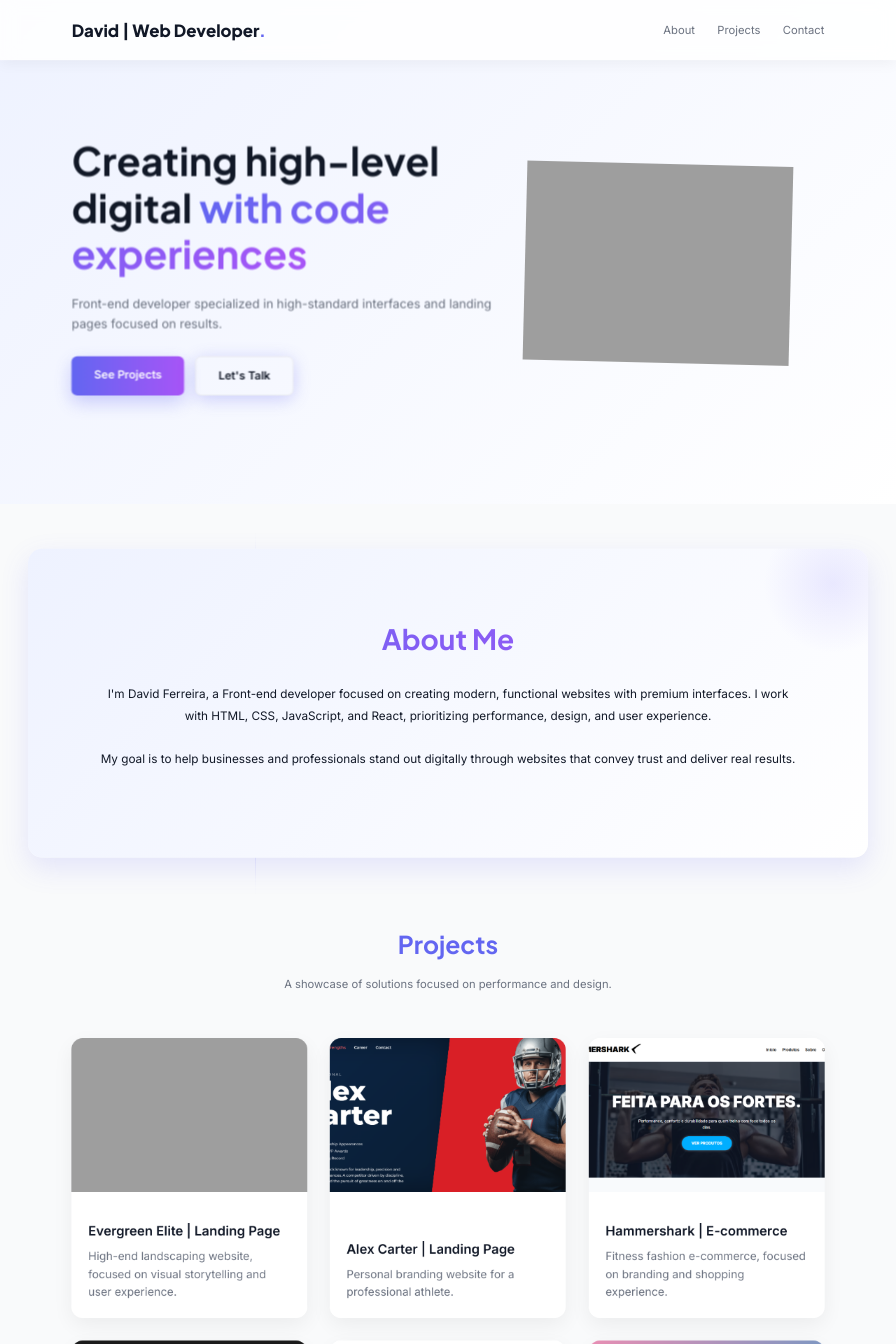
Repository: davidfsillva/portifolio
Page: index.html
An editor plug-in stored every save of this project. The page is shown before and after the next save, followed by the edit.
The browser window is 1280 px wide. The pictures show the part of the page from y = 0 to 1920 px (the page is 2945 px tall), at 70% of full size.
Pictures or frames that could not be fetched are drawn as grey boxes.

Above is the page before, as saved 2026-02-13 16:05:43.
Console error: TypeError: Cannot read properties of null (reading 'addEventListener')

After the next save:
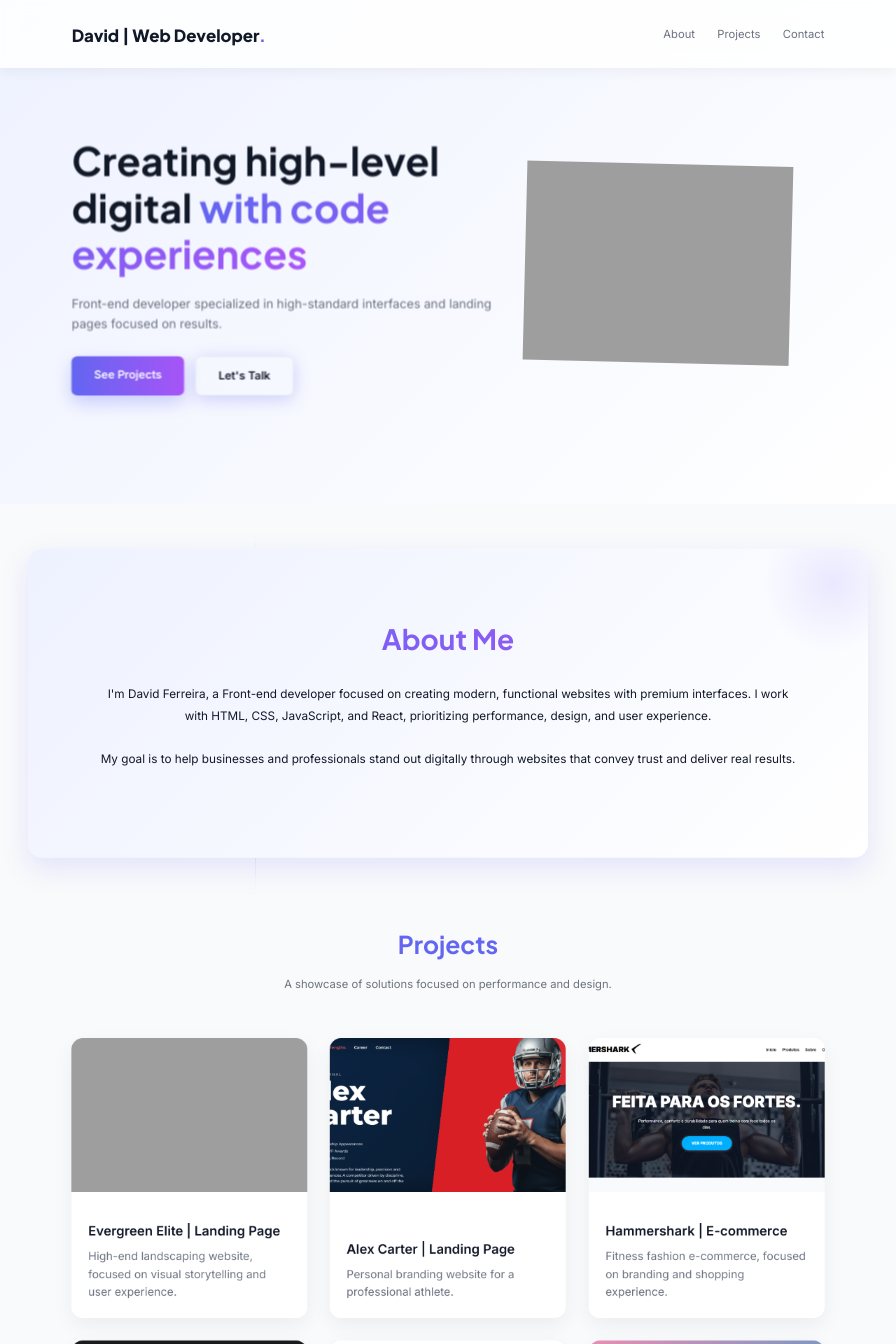
Saved 5 s later.
--- a/style.css
+++ b/style.css
@@ -54,7 +54,7 @@ body {
 .logo {
   font-family: 'Plus Jakarta Sans', sans-serif;
   font-weight: 800;
-  font-size: 1.3rem;
+  font-size: 1.9rem;
 }
 
 .logo a {
